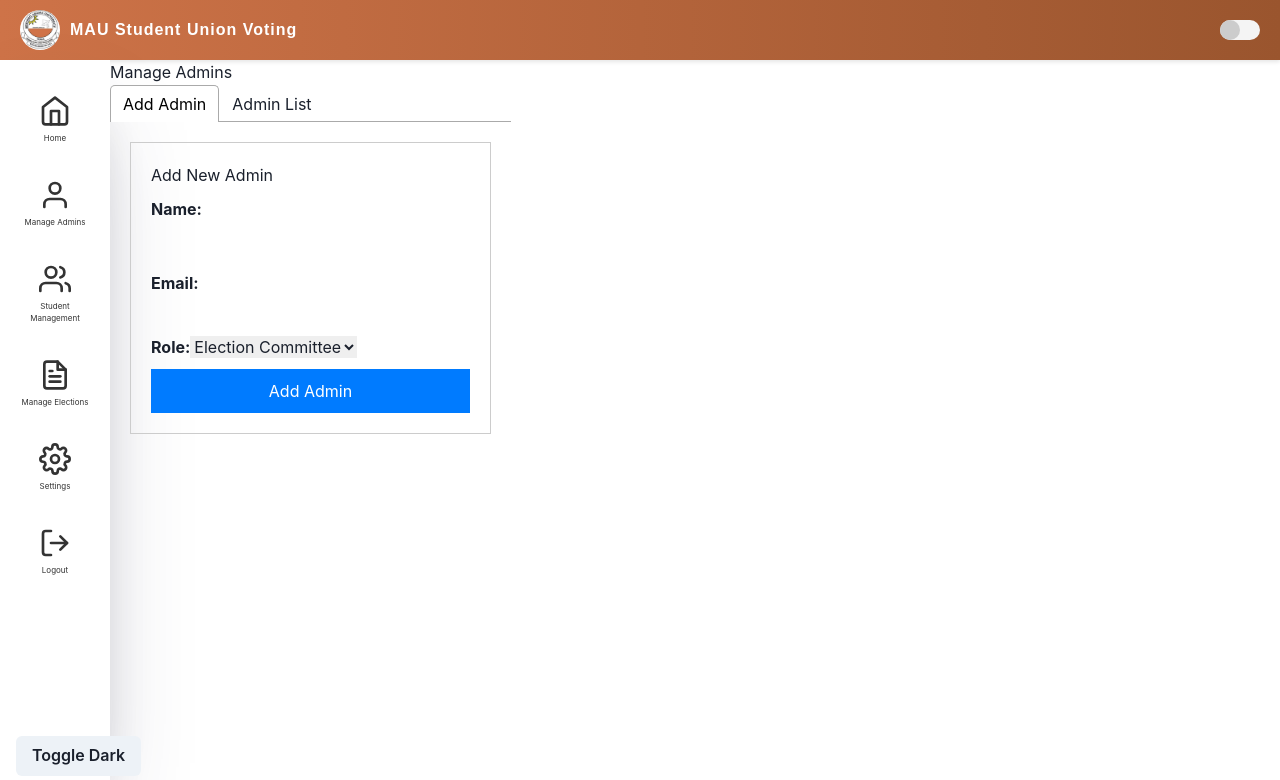
Repository: joena1o/e-vote
Page: /admin-dashboard/manage-admin
An editor plug-in stored every save of this project. The page is shown before and after the next save, followed by the edit.
The browser window is 1280 px wide. The pictures show the whole page.
The project was rebuilt for these pictures with package versions that can differ from the ones it lists, and the page was loaded fresh each time. Also part of the build but not shown: src/components/EnhancedLogin.js, src/components/maincontent/RegisterStudents/ManageStudents.js, src/components/maincontent/RegisterStudents/RegisterStudents.js, src/components/maincontent/RegisterStudents/StudentManagement.js, src/components/maincontent/ElectionResults/ViewResults.js, src/components/maincontent/Settings/Settings.js, src/api/index.js, src/components/maincontent/home/Home.styles.js and 5 more.

Above is the page before, as saved 2023-10-15 17:37:38.

### src/App.js
import React from 'react';
import { BrowserRouter as Router, Routes, Route, Navigate } from 'react-router-dom';
import EnhancedLogin from './components/EnhancedLogin';
import AdminDashboard from './components/AdminDashboard';
import { ChakraProvider, ColorModeProvider, Button, useColorMode } from '@chakra-ui/react';
import { Provider } from 'react-redux';
import store from './Redux/store';

// Component to toggle dark mode
function DarkModeToggle() {
  const { colorMode, toggleColorMode } = useColorMode();
  return (
    <Button onClick={toggleColorMode} position="fixed" m={4} zIndex={10}>
      Toggle {colorMode === 'light' ? 'Dark' : 'Light'}
    </Button>
  );
}

function App() {
  // Check if the current route is not the "/login" route, then render the DarkModeToggle
  const isLoginPage = window.location.pathname === '/login';

  return (
    <Provider store={store}>
      <ChakraProvider>
        <ColorModeProvider options={{ useSystemColorMode: true }}>
          <Router>
            <Routes>
              {/* Define your routes */}
              <Route path="/login" element={<EnhancedLogin />} />
              <Route path="/admin-dashboard/*" element={<AdminDashboard />} />
              {/* Redirect root to /admin-dashboard */}
              <Route path="/" element={<Navigate to="/admin-dashboard" replace />} />
            </Routes>
          </Router>
          {/* Render DarkModeToggle only if not on the "/login" page */}
          {!isLoginPage && <DarkModeToggle />}
        </ColorModeProvider>
      </ChakraProvider>
    </Provider>
  );
}

export default App;

### src/components/AdminDashboard.js
// AdminDashboard.js
import React from 'react';
import { Routes, Route } from 'react-router-dom';
import StudentManagement from './maincontent/RegisterStudents/StudentManagement';
import ViewResults from './maincontent/ElectionResults/ViewResults';
import Settings from './maincontent/Settings/Settings';
import Home from './maincontent/home/Home';
import ManageAdmin from './maincontent/ManageAdmins/ManageAdmins';
import ManageElections from './maincontent/ManageElections/ManageElections';
import Sidebar from './Sidebar';
import Navbar from './Navbar';
import styled from 'styled-components';

const Container = styled.div`
  display: flex;
  flex-direction: column;
  /* Add the following line to ensure Container fills the screen height */
  height: 100vh;
  width: 100%; /* Use 100% to fill the entire width of the screen */
`;


const Content = styled.div`
  display: flex;
  /* Add the following line to ensure Content fills the remaining screen space */
  flex: 1;
`;

const AdminDashboard = () => {
  return (
    <Container>
      <Navbar />
      <Content>
        <Sidebar />
        <Routes>
          <Route index element={<Home />} />
          <Route path="student-management" element={<StudentManagement />} />
          <Route path="view-results" element={<ViewResults />} />
          <Route path="settings" element={<Settings />} />
          <Route path="manage-admin" element={<ManageAdmin />} />
          <Route path="manage-elections" element={<ManageElections />} />
        </Routes>
      </Content>
    </Container>
  );
};

export default AdminDashboard;

### src/Redux/store.js
import { configureStore } from '@reduxjs/toolkit';
import electionReducer from './electionSlice';
import studentsReducer from './studentsSlice'; // Assuming you have a studentsSlice

const store = configureStore({
  reducer: {
    elections: electionReducer,
    students: studentsReducer, // Add the students reducer here
  },
});

export default store;

### src/components/maincontent/ManageAdmins/ManageAdmins.js
import React from 'react';
import { Tab, TabList, TabPanel, Tabs } from 'react-tabs';
import 'react-tabs/style/react-tabs.css'; // Import styles for react-tabs
import AddAdmin from './AddAdmin';
import AdminList from './AdminList';

function ManageAdmins() {
  return (
    <div>
      <h2>Manage Admins</h2>
      <Tabs>
        <TabList>
          <Tab>Add Admin</Tab>
          <Tab>Admin List</Tab>
        </TabList>
        <TabPanel>
          <AddAdmin />
        </TabPanel>
        <TabPanel>
          <AdminList />
        </TabPanel>
      </Tabs>
    </div>
  );
}

export default ManageAdmins;

### src/components/Sidebar.js
import React from 'react';
import styled from 'styled-components';
import { Link } from 'react-router-dom';
import { FiHome, FiUser, FiUsers, FiFileText, FiSettings, FiLogOut } from 'react-icons/fi';
import { useColorMode } from '@chakra-ui/react';

const SidebarContainer = styled.nav`
  background: ${props => (props.theme === 'dark' ? '#333' : 'white')};
  padding: 15px;
  height: 100vh;
  color: ${props => (props.theme === 'dark' ? '#fff' : '#333')};
  box-shadow: rgba(50, 50, 93, 0.25) 0px 50px 100px -20px, rgba(0, 0, 0, 0.3) 0px 30px 60px -30px;
  display: flex;
  flex-direction: column;
`;

const LinkList = styled.ul`
  list-style-type: none;
  padding: 0;
  flex: 1;
`;

const StyledLink = styled(Link)`
  text-decoration: none;
  color: ${props => (props.theme === 'dark' ? '#fff' : '#333')};
  display: flex;
  flex-direction: column;
  align-items: center;
  transition: color 0.3s ease;
  margin-bottom: 15px;
  cursor: pointer;
  font-size: 0.5rem;

  @media (max-width: 768px) {
    font-size: 0.4rem;
  }

  @media (max-width: 480px) {
    font-size: 0.3rem;
  }

  &:hover {
    color: #ce7348;
  }

  width: 80px;
  text-align: center;
  word-wrap: break-word;
  overflow-wrap: break-word;
`;

const LinkItem = styled.li`
  display: flex;
  align-items: center;
  margin-top: 20px;
`;

const Icon = styled.div`
  font-size: 2rem;

  @media (max-width: 768px) {
    font-size: 0.9rem;
  }

  @media (max-width: 480px) {
    font-size: 0.8rem;
  }

  margin-bottom: 5px;
`;

function Sidebar() {
  const { colorMode } = useColorMode();

  return (
    <SidebarContainer theme={colorMode}>
      <LinkList>
        <LinkItem>
          <StyledLink to="/admin-dashboard" theme={colorMode}>
            <Icon><FiHome /></Icon>
            Home
          </StyledLink>
        </LinkItem>
        <LinkItem>
          <StyledLink to="/admin-dashboard/manage-admin" theme={colorMode}>
            <Icon><FiUser /></Icon>
            Manage Admins
          </StyledLink>
        </LinkItem>
        <LinkItem>
          <StyledLink to="/admin-dashboard/student-management" theme={colorMode}>
            <Icon><FiUsers /></Icon>
            Student Management
          </StyledLink>
        </LinkItem>
        <LinkItem>
          <StyledLink to="/admin-dashboard/manage-elections" theme={colorMode}>
            <Icon><FiFileText /></Icon>
            Manage Elections
          </StyledLink>
        </LinkItem>
        <LinkItem>
          <StyledLink to="/admin-dashboard/settings" theme={colorMode}>
            <Icon><FiSettings /></Icon>
            Settings
          </StyledLink>
        </LinkItem>
        <LinkItem>
          <StyledLink to="/logout" theme={colorMode}>
            <Icon><FiLogOut /></Icon>
            Logout
          </StyledLink>
        </LinkItem>
      </LinkList>
    </SidebarContainer>
  );
}

export default Sidebar;

### src/components/Navbar.js
import React from 'react';
import styled, { createGlobalStyle } from 'styled-components';
import logo from '../assets/school_logo.jpg';
import { useColorMode } from '@chakra-ui/react';

const GlobalStyle = createGlobalStyle`
  body {
    background-color: ${props => (props.theme === 'dark' ? '#333' : '#fff')};
    color: ${props => (props.theme === 'dark' ? '#fff' : '#000')};
  }
`;

const Header = styled.header`
  background: linear-gradient(to right, #ce7348, #9a552e);
  color: white;
  padding: 10px 20px;
  display: flex;
  align-items: center;
  justify-content: flex-start;
  box-shadow: 0px 2px 4px rgba(0, 0, 0, 0.1);
  font-family: 'Poppins', sans-serif;
`;

const Logo = styled.img`
  width: 40px;
  height: 40px;
  border-radius: 20px;
  margin-right: 10px;
`;

const Title = styled.h1`
  margin: 0;
  padding: 0;
  font-size: 1rem;
  font-weight: 600;
  letter-spacing: 1px;
`;

const ToggleSlider = styled.label`
  display: flex;
  align-items: center;
  cursor: pointer;
  margin-left: auto;
`;

const SliderInput = styled.input.attrs({ type: 'checkbox' })`
  display: none;
`;

const Slider = styled.div`
  width: 40px;
  height: 20px;
  background-color: ${props => (props.theme === 'dark' ? '#333' : '#f4f4f4')};
  border-radius: 20px;
  position: relative;
  transition: background-color 0.3s ease;
  cursor: pointer;

  &::after {
    content: '';
    width: 20px;
    height: 20px;
    border-radius: 50%;
    background-color: ${props => (props.theme === 'dark' ? '#fff' : '#ccc')};
    position: absolute;
    top: 50%;
    transform: translateY(-50%);
    left: ${props => (props.theme === 'dark' ? '20px' : '0')};
    transition: left 0.3s ease;
  }
`;

function Navbar() {
  const { colorMode, toggleColorMode } = useColorMode(); // Use Chakra UI's useColorMode hook

  return (
    <>
      <GlobalStyle theme={colorMode} />
      <Header>
        <Logo src={logo} alt="University Logo" />
        <Title>MAU Student Union Voting</Title>
        <ToggleSlider>
          <SliderInput type="checkbox" onChange={toggleColorMode} />
          <Slider theme={colorMode} />
        </ToggleSlider>
      </Header>
    </>
  );
}

export default Navbar;

### src/Redux/electionSlice.js
/*import { createSlice, createAsyncThunk } from '@reduxjs/toolkit';
import { API, graphqlOperation } from 'aws-amplify';
import { createElection as createElectionAPI } from '../graphql/mutations';

export const createElection = createAsyncThunk(
  'elections/createElection',
  async (election, { rejectWithValue }) => {
    try {
      const result = await API.graphql(graphqlOperation(createElectionAPI, { input: election }));
      return result.data.createElection;
    } catch (error) {
      return rejectWithValue(error);
    }
  }
);

const electionSlice = createSlice({
  name: 'elections',
  initialState: [],
  reducers: {},
  extraReducers: (builder) => {
    builder.addCase(createElection.fulfilled, (state, action) => {
      state.push(action.payload);
    });
  },
});

export default electionSlice.reducer;
*/

### src/Redux/studentsSlice.js
import { createSlice } from '@reduxjs/toolkit';

export const studentsSlice = createSlice({
  name: 'students',
  initialState: [],
  reducers: {
    addStudents: (state, action) => {
      // Add students to the Redux store
      action.payload.forEach(student => {
        state.push(student);
      });
    },
  },
});

export const { addStudents } = studentsSlice.actions;

export default studentsSlice.reducer;

### src/components/maincontent/ManageAdmins/AddAdmin.js
import React, { useState } from 'react';
import styled from 'styled-components';
import { API, Auth } from 'aws-amplify';
import { toast, ToastContainer } from 'react-toastify';
import 'react-toastify/dist/ReactToastify.css';

// Styled components
const Container = styled.div`
  margin: 20px;
  padding: 20px;
  border: 1px solid #ccc;
`;

const Form = styled.form`
  display: flex;
  flex-direction: column;
  max-width: 400px;
  margin: 0 auto;
`;

const Label = styled.label`
  margin-bottom: 10px;
  font-weight: bold;
`;

const Input = styled.input`
  padding: 10px;
  margin-bottom: 20px;
`;

const Button = styled.button`
  background-color: #007bff;
  color: #fff;
  padding: 10px;
  border: none;
  cursor: pointer;
`;

function AddAdmin() {
    const [adminData, setAdminData] = useState({
      name: '',
      email: '',
      role: 'Election Committee',
    });

    const handleChange = (e) => {
      const { name, value } = e.target;
      setAdminData({
        ...adminData,
        [name]: value,
      });
    };

    const handleSubmit = async (e) => {
      e.preventDefault();

      try {
        const temporaryPassword = Math.random().toString(36).slice(-8);

        const signUpResponse = await Auth.signUp({
          username: adminData.email,
          password: temporaryPassword,
          attributes: {
            email: adminData.email,
          },
        });

        if (!signUpResponse.userConfirmed) {
          // Assuming you want to use the temporary password as the new password upon first login
          await Auth.completeNewPassword(signUpResponse, temporaryPassword);
        }

        const apiResponse = await API.post('AdminAPI', '/admins', {
          body: adminData,
        });

        console.log('Admin Added:', apiResponse);

        toast.success('Admin added successfully! An email with a temporary password has been sent.', {
          position: 'top-right',
          autoClose: 5000,
          hideProgressBar: false,
          closeOnClick: true,
          pauseOnHover: true,
          draggable: true,
          progress: undefined,
        });

        setAdminData({
          name: '',
          email: '',
          role: 'Election Committee',
        });
      } catch (error) {
        console.error('Error adding admin:', error);

        toast.error('Error adding admin. Please try again.', {
          position: 'top-right',
          autoClose: 5000,
          hideProgressBar: false,
          closeOnClick: true,
          pauseOnHover: true,
          draggable: true,
          progress: undefined,
        });
      }
    };

    return (
      <Container>
        <h3>Add New Admin</h3>
        <Form onSubmit={handleSubmit}>
          <Label>
            Name:
            <Input type="text" name="name" value={adminData.name} onChange={handleChange} required />
          </Label>
          <Label>
            Email:
            <Input type="email" name="email" value={adminData.email} onChange={handleChange} required />
          </Label>
          <Label>
            Role:
            <select name="role" value={adminData.role} onChange={handleChange} required>
              <option value="Election Committee">Election Committee</option>
              <option value="Super Admin">Super Admin</option>
              <option value="Student Affairs">Student Affairs</option>
            </select>
          </Label>
          <Button type="submit">Add Admin</Button>
        </Form>
        <ToastContainer />
      </Container>
    );
  }

  export default AddAdmin;

Loaded but not shown: public/index.html (common file); src/index.js (common file); src/index.css (common file); src/reportWebVitals.js (common file)

After the next save:
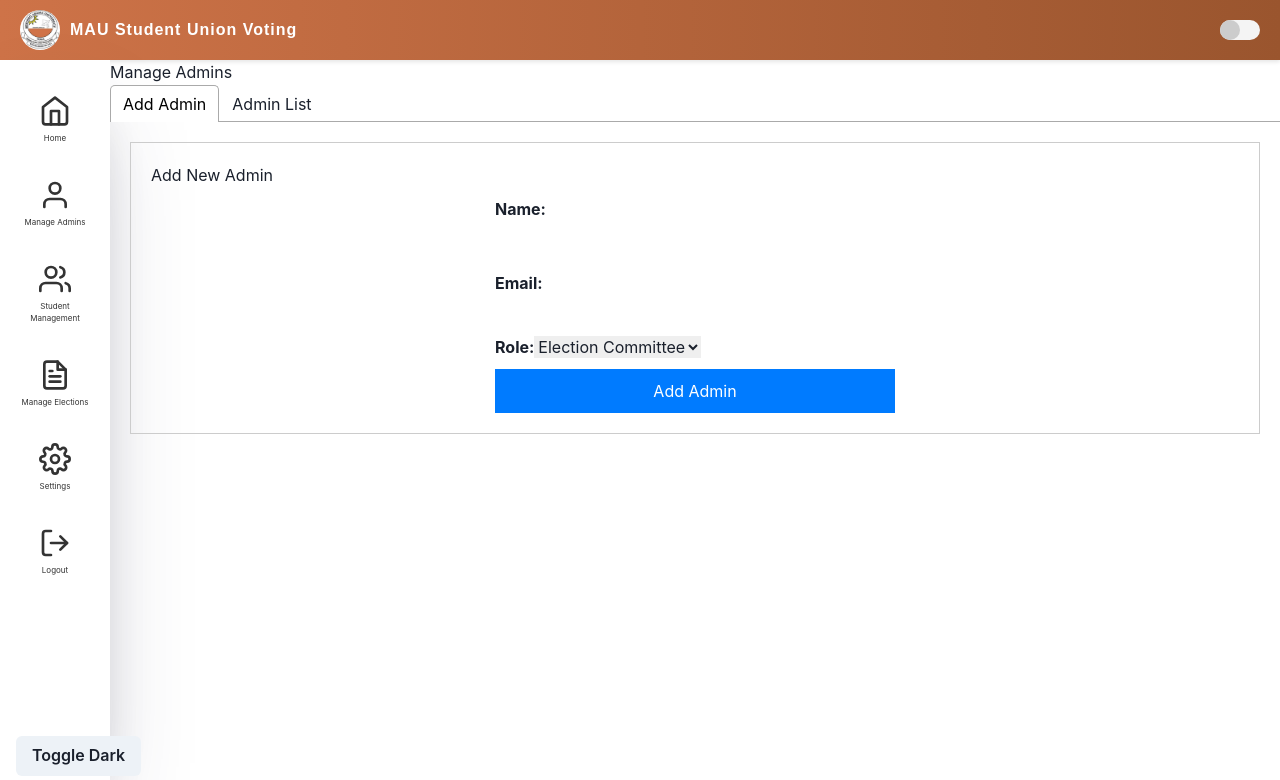
Saved 12 min 7 s later.
--- a/src/components/maincontent/ManageAdmins/ManageAdmins.js
+++ b/src/components/maincontent/ManageAdmins/ManageAdmins.js
@@ -1,12 +1,19 @@
 import React from 'react';
 import { Tab, TabList, TabPanel, Tabs } from 'react-tabs';
 import 'react-tabs/style/react-tabs.css'; // Import styles for react-tabs
+import styled from 'styled-components'; // Import styled-components
 import AddAdmin from './AddAdmin';
 import AdminList from './AdminList';
 
+// Define a styled container with 100vh height
+const FullHeightContainer = styled.div`
+  height: 100vh;
+  width: 100%;
+`;
+
 function ManageAdmins() {
   return (
-    <div>
+    <FullHeightContainer>
       <h2>Manage Admins</h2>
       <Tabs>
         <TabList>
@@ -20,7 +27,7 @@ function ManageAdmins() {
           <AdminList />
         </TabPanel>
       </Tabs>
-    </div>
+    </FullHeightContainer>
   );
 }
 
